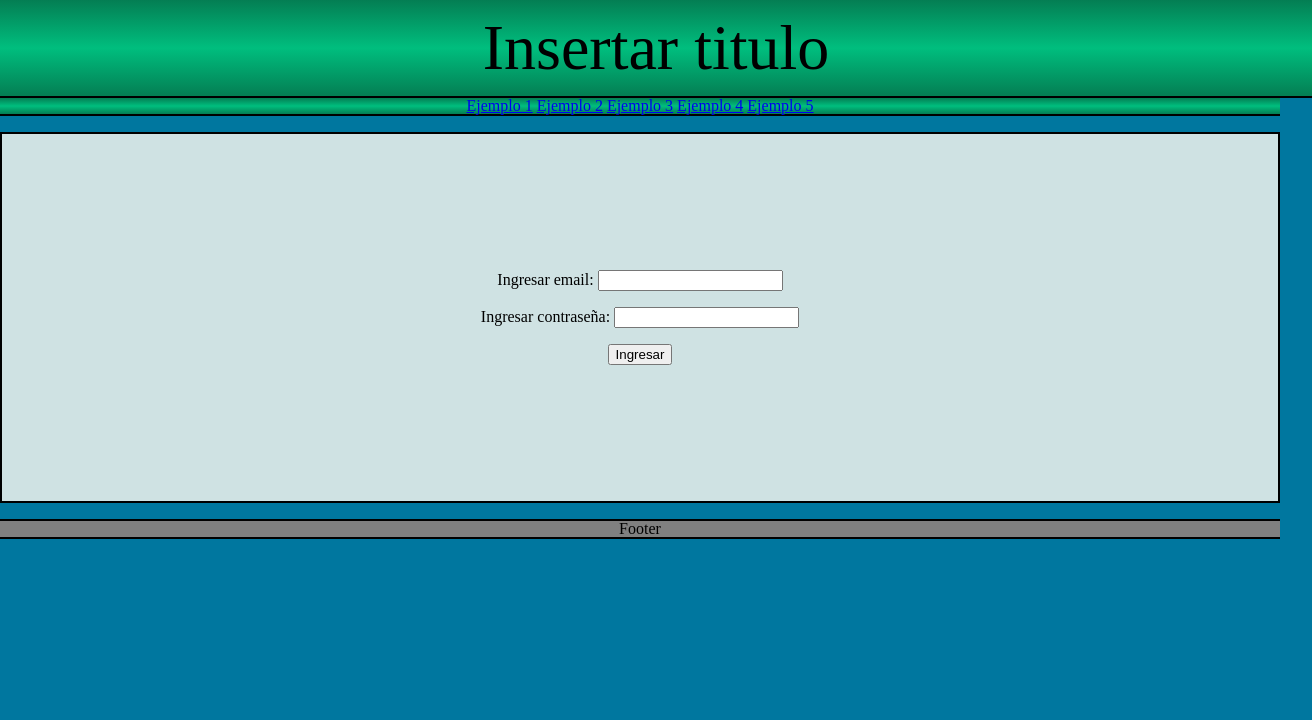
Repository: FacundoKinderknecht/Parcial-2-LPPA
Page: login/login.html
An editor plug-in stored every save of this project. The page is shown before and after the next save, followed by the edit.
The browser window is 1280 px wide. The page is 1312 px wide, so the pictures cover 1312 px, including what lies to the right of the window. The pictures show the whole page.

Above is the page before, as saved 2022-07-06 10:32:48.

### login/login.html
<!DOCTYPE html>
<html lang="en">
<head>
    <meta charset="UTF-8">
    <meta http-equiv="X-UA-Compatible" content="IE=edge">
    <meta name="viewport" content="width=device-width, initial-scale=1.0">
    <title>Document</title>
    <link rel="stylesheet" href="/reset.css">
    <link rel="stylesheet" href="/login/login.css">
    <script src="/login/login.js"></script>
</head>
<body>
    <header>
        <h1>Insertar titulo</h1>
    </header>
    <nav>
        <li>
            <a href="#">Ejemplo 1</a>
            <a href="#">Ejemplo 2</a>
            <a href="#">Ejemplo 3</a>
            <a href="#">Ejemplo 4</a>
            <a href="#">Ejemplo 5</a>
        </li>
    </nav>
    <main>
        <form>
            <div class="email">
                <label for="email">Ingresar email:</label>
                <input type="text" name="email" id="email">
            </div>
            <div class="contraseña">
                <label for="contraseña">Ingresar contraseña:</label>
                <input type="password" name="contraseña" id="contraseña">
            </div>
            <div class="boton">
                <input type="submit" value="Ingresar">
            </div>
        </form>
    </main>
    <footer>
        <p>Footer</p>
    </footer>
</body>
</html>

### login/login.css
header{
    width: 100%;
    border-bottom: black 2px solid;
    padding: 1rem;
    font-size: 400%;
    background: linear-gradient(to top, rgb(4, 126, 83), rgb(0, 190, 126), rgb(4, 126, 83));
}
nav{
    background: linear-gradient(to top, rgb(4, 126, 83), rgb(0, 190, 126), rgb(4, 126, 83));
    display: block;
    border-bottom: black 2px solid;
    text-decoration: none;
}
li{
    text-decoration: none;
    list-style: none;
    color: black;
}
body{
    background-color: rgb(0, 119, 159);
    height: 100%;
    align-items: center;
    text-align: center;
    margin: 0;
}
main{
    display: inline;
    width: 70%;
    padding: 2rem;
    height: 34rem;
}
form{
    background-color: rgb(207, 226, 227);  border: black solid 2px;
    padding: 10%;
    height: 60%;
}
div{
    padding: 0.5rem;
}
footer{
    border-top: 2px solid black;
    border-bottom: 2px solid black;
    background-color: grey;
    bottom: 0;
    width: 100%;
}

Loaded but not shown: reset.css (common file); login/login.js (no stored copy; drawn as an empty file)

After the next save:
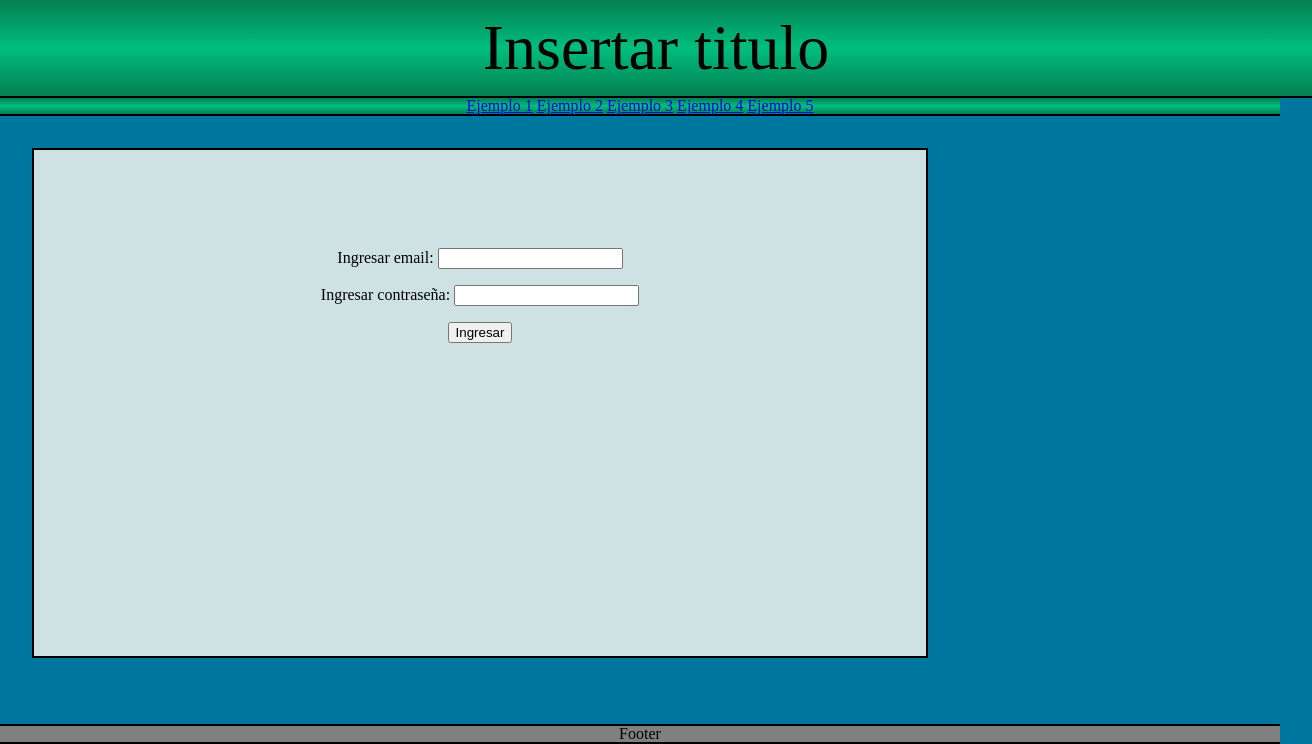
Saved 16 s later.
--- a/login/login.css
+++ b/login/login.css
@@ -24,7 +24,6 @@ body{
     margin: 0;
 }
 main{
-    display: inline;
     width: 70%;
     padding: 2rem;
     height: 34rem;
